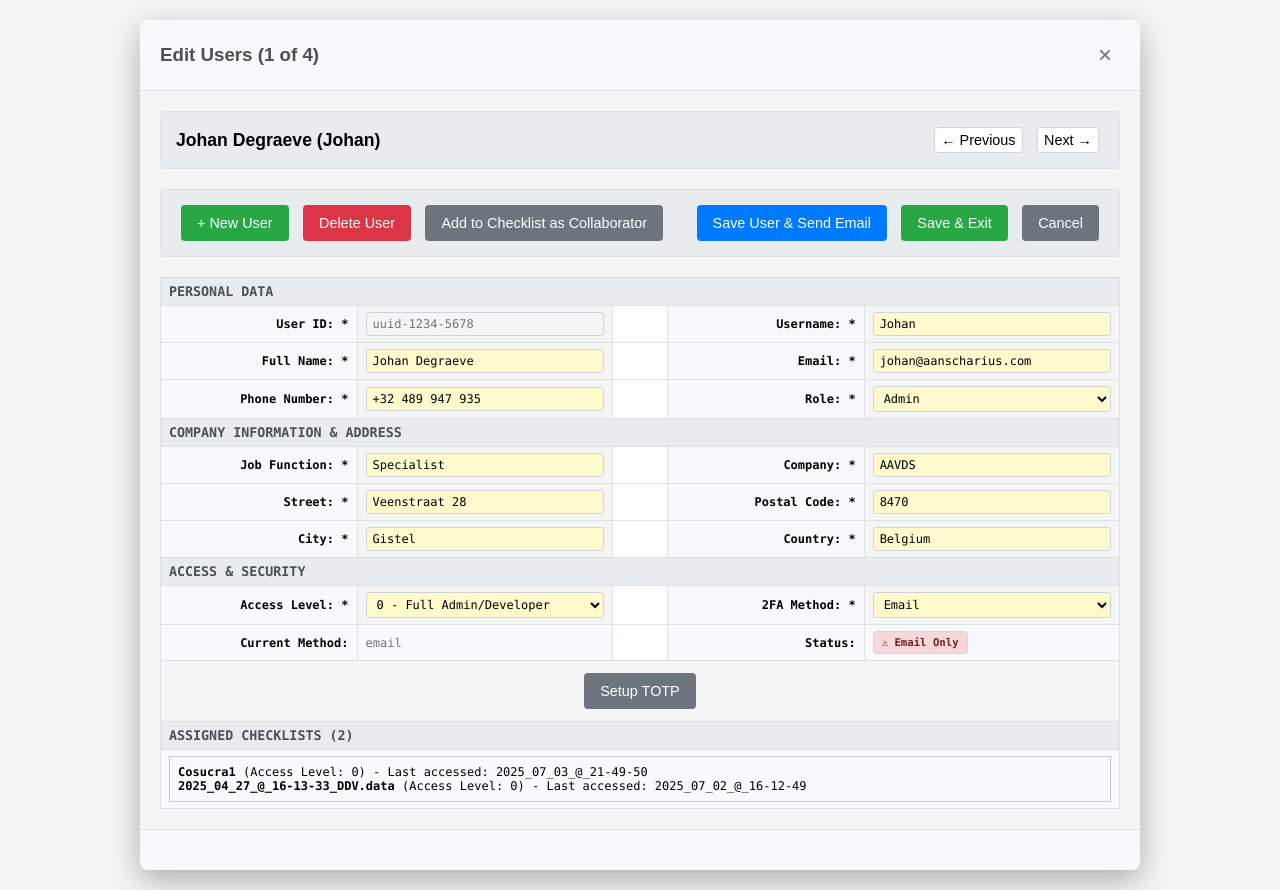
Repository: jeedee23/checklistrepo
Page: checklists/user-management-demo.html
The author's editor kept a copy of each file at every save. The page is drawn from the files as they stood at one save, then again after the next save.
The browser window is 1280 px wide. The pictures show the whole page.

Above is the page before, as saved 2025-07-04 14:17:01.

### checklists/user-management-demo.html
<!DOCTYPE html>
<html lang="en">
<head>
    <meta charset="UTF-8">
    <meta name="viewport" content="width=device-width, initial-scale=1.0">
    <title>User Management Demo</title>
    <style>
        body {
            font-family: Arial, sans-serif;
            margin: 20px;
            background: #f5f5f5;
        }

        .modal-dialog {
            background: white;
            border-radius: 8px;
            box-shadow: 0 10px 30px rgba(0,0,0,0.3);
            width: 1000px;
            margin: 0 auto;
            overflow: hidden;
            display: flex;
            flex-direction: column;
        }

        .modal-header {
            padding: 20px;
            border-bottom: 1px solid #dee2e6;
            display: flex;
            justify-content: space-between;
            align-items: center;
            background-color: #f8f9fa;
        }

        .modal-header h3 {
            margin: 0;
            color: #495057;
        }

        .close-button {
            background: none;
            border: none;
            font-size: 1.5rem;
            cursor: pointer;
            color: #6c757d;
            padding: 0;
            width: 30px;
            height: 30px;
            display: flex;
            align-items: center;
            justify-content: center;
        }

        .modal-body {
            padding: 20px;
            background: #f5f5f5;
        }

        .user-navigation {
            margin-bottom: 20px;
            padding: 15px;
            background: #e9ecef;
            border-radius: 4px;
            border: 1px solid #dee2e6;
            display: flex;
            justify-content: space-between;
            align-items: center;
        }

        .user-navigation span {
            font-weight: bold;
            font-size: 1.1em;
        }

        .user-navigation button {
            padding: 4px 6px;
            margin: 0 5px;
            border: 1px solid #ced4da;
            border-radius: 4px;
            background: white;
            cursor: pointer;
            font-size: 0.9rem;
        }

        .form-table {
            width: 100%;
            border-collapse: collapse;
            font-family: Consolas, monospace;
            font-size: 9pt;
        }

        .form-table td {
            padding: 6px 8px;
            vertical-align: middle;
            border: 1px solid #dee2e6;
        }

        .section-header {
            font-weight: bold;
            font-size: 10pt;
            background: #e9ecef;
            text-align: left;
            padding: 10px 12px;
            color: #495057;
            border: 1px solid #dee2e6;
            border-bottom: 2px solid #adb5bd;
        }

        .label {
            width: 150px;
            font-weight: bold;
            background: #f8f9fa;
            text-align: right;
            padding-right: 12px;
            white-space: nowrap;
        }

        .input {
            width: 200px;
            padding: 4px;

        }

        .input input,
        .input select {
            width: 100%;
            padding: 4px 6px;
            border: 1px solid #ced4da;
            border-radius: 3px;
            background: transparent;
            font-family: Consolas, monospace;
            font-size: 9pt;
            box-sizing: border-box;
             background: #FFFACD;
        }

        .input input[readonly] {
            background: transparent;
            color: #6c757d;
            cursor: not-allowed;
        }

        .input-readonly {
            width: 200px;
            padding: 4px 6px;
            background: #f8f9fa;
            color: #6c757d;
            font-family: Consolas, monospace;
            font-size: 9pt;
        }

        .spacer {
            width: 30px;
            background: white;
            border: 1px solid #dee2e6;
        }

        .checklist-cell {
            padding: 8px;
            background: #f8f9fa;
        }

        .checklist-display {
            max-height: 100px;
            overflow-y: auto;
            border: 1px solid #ccc;
            padding: 8px;
            background: #f8f9fa;
            font-family: Consolas, monospace;
            font-size: 9pt;
        }

        .status-badge {
            padding: 4px 8px;
            border-radius: 4px;
            font-size: 8pt;
            font-weight: 600;
            display: inline-block;
        }

        .status-badge.active {
            background: #d4edda;
            color: #155724;
            border: 1px solid #c3e6cb;
        }

        .status-badge.inactive {
            background: #f8d7da;
            color: #721c24;
            border: 1px solid #f5c6cb;
        }

        .modal-footer {
            padding: 20px;
            border-top: 1px solid #dee2e6;
            display: flex;
            justify-content: space-between;
            background-color: #f8f9fa;
        }

        .btn {
            padding: 10px 16px;
            border: none;
            border-radius: 4px;
            cursor: pointer;
            font-size: 0.9rem;
            margin: 0 5px;
        }

        .btn-primary { background-color: #007bff; color: white; }
        .btn-success { background-color: #28a745; color: white; }
        .btn-secondary { background-color: #6c757d; color: white; }
        .btn-danger { background-color: #dc3545; color: white; }
    </style>
</head>
<body>
    <div class="modal-dialog">
        <div class="modal-header">
            <h3>Edit Users (1 of 4)</h3>
            <button class="close-button">×</button>
        </div>

        <div class="modal-body">
            <div class="user-navigation">
                <span>Johan Degraeve (Johan)</span>
                <div>
                    <button>← Previous</button>
                    <button>Next →</button>
                </div>
            </div>

            <!-- Action buttons moved to top -->
            <div style="margin-bottom: 20px; padding: 15px; background: #e9ecef; border-radius: 4px; border: 1px solid #dee2e6; display: flex; justify-content: space-between; align-items: center;">
                <div>
                    <button class="btn btn-success">+ New User</button>
                    <button class="btn btn-danger">Delete User</button>
                    <button class="btn btn-secondary">Add to Checklist as Collaborator</button>
                </div>
                <div>
                    <button class="btn btn-primary">Save User & Send Email</button>
                    <button class="btn btn-success">Save & Exit</button>
                    <button class="btn btn-secondary">Cancel</button>
                </div>
            </div>

            <table class="form-table">
                <!-- PERSONAL DATA Section -->
                <tr>
                    <td colspan="5" class="section-header">PERSONAL DATA</td>
                </tr>
                <tr>
                    <td class="label">User ID: *</td>
                    <td class="input"><input type="text" value="uuid-1234-5678" readonly></td>
                    <td class="spacer">&nbsp;</td>
                    <td class="label">Username: *</td>
                    <td class="input"><input type="text" value="Johan"></td>
                </tr>
                <tr>
                    <td class="label">Full Name: *</td>
                    <td class="input"><input type="text" value="Johan Degraeve"></td>
                    <td class="spacer">&nbsp;</td>
                    <td class="label">Email: *</td>
                    <td class="input"><input type="email" value="johan@aanscharius.com"></td>
                </tr>
                <tr>
                    <td class="label">Phone Number: *</td>
                    <td class="input"><input type="tel" value="+32 489 947 935"></td>
                    <td class="spacer">&nbsp;</td>
                    <td class="label">Role: *</td>
                    <td class="input">
                        <select>
                            <option>User</option>
                            <option selected>Admin</option>
                        </select>
                    </td>
                </tr>

                <!-- COMPANY INFORMATION & ADDRESS Section -->
                <tr>
                    <td colspan="5" class="section-header">COMPANY INFORMATION & ADDRESS</td>
                </tr>
                <tr>
                    <td class="label">Job Function: *</td>
                    <td class="input"><input type="text" value="Specialist"></td>
                    <td class="spacer">&nbsp;</td>
                    <td class="label">Company: *</td>
                    <td class="input"><input type="text" value="AAVDS"></td>
                </tr>
                <tr>
                    <td class="label">Street: *</td>
                    <td class="input"><input type="text" value="Veenstraat 28"></td>
                    <td class="spacer">&nbsp;</td>
                    <td class="label">Postal Code: *</td>
                    <td class="input"><input type="text" value="8470"></td>
                </tr>
                <tr>
                    <td class="label">City: *</td>
                    <td class="input"><input type="text" value="Gistel"></td>
                    <td class="spacer">&nbsp;</td>
                    <td class="label">Country: *</td>
                    <td class="input"><input type="text" value="Belgium"></td>
                </tr>

                <!-- ACCESS & SECURITY (with 2FA) Section -->
                <tr>
                    <td colspan="5" class="section-header">ACCESS & SECURITY</td>
                </tr>
                <tr>
                    <td class="label">Access Level: *</td>
                    <td class="input">
                        <select>
                            <option selected>0 - Full Admin/Developer</option>
                            <option>1 - Full Admin/User Management</option>
                            <option>2 - Admin (no field/user mgmt)</option>
                        </select>
                    </td>
                    <td class="spacer">&nbsp;</td>
                    <td class="label">2FA Method: *</td>
                    <td class="input">
                        <select>
                            <option selected>Email</option>
                            <option>TOTP (Authenticator App)</option>
                            <option>None</option>
                        </select>
                    </td>
                </tr>
                <tr>
                    <td class="label">Current Method:</td>
                    <td class="input-readonly">email</td>
                    <td class="spacer">&nbsp;</td>
                    <td class="label">Status:</td>
                    <td class="input-readonly">
                        <span class="status-badge inactive">⚠ Email Only</span>
                    </td>
                </tr>
                <tr>
                    <td colspan="5" style="text-align: center; padding: 12px; border: 1px solid #dee2e6;">
                        <button class="btn btn-secondary">Setup TOTP</button>
                    </td>
                </tr>

                <!-- ASSIGNED CHECKLISTS Section -->
                <tr>
                    <td colspan="5" class="section-header">ASSIGNED CHECKLISTS (2)</td>
                </tr>
                <tr>
                    <td colspan="5" class="checklist-cell">
                        <div class="checklist-display">
                            <div><strong>Cosucra1</strong> (Access Level: 0) - Last accessed: 2025_07_03_@_21-49-50</div>
                            <div><strong>2025_04_27_@_16-13-33_DDV.data</strong> (Access Level: 0) - Last accessed: 2025_07_02_@_16-12-49</div>
                        </div>
                    </td>
                </tr>
            </table>
        </div>

        <div class="modal-footer">
            <!-- Footer kept minimal or can be removed since buttons are now at top -->
        </div>
    </div>
</body>
</html>

After the next save:
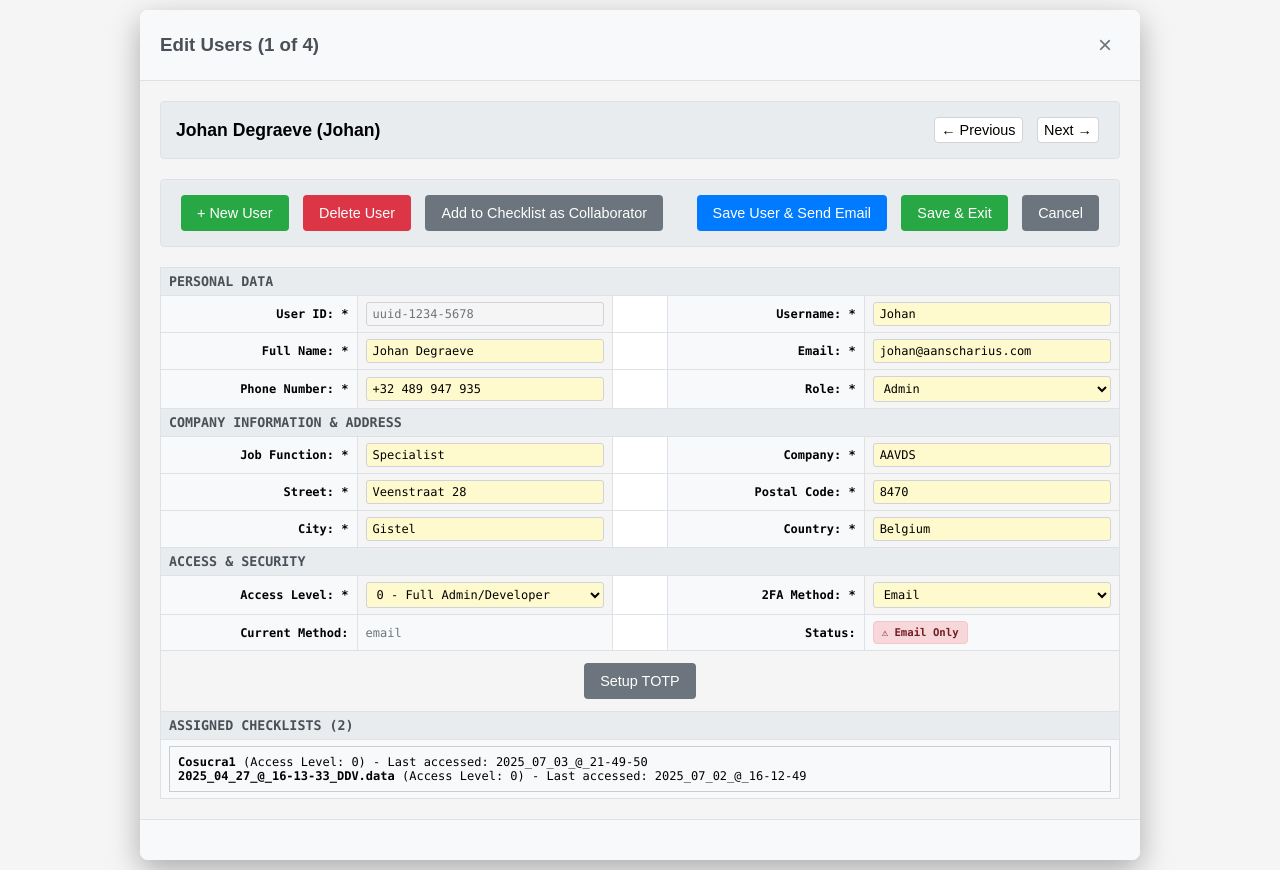
Saved 36 s later.
--- a/checklists/user-management-demo.html
+++ b/checklists/user-management-demo.html
@@ -7,7 +7,7 @@
     <style>
         body {
             font-family: Arial, sans-serif;
-            margin: 20px;
+            margin: 10px;
             background: #f5f5f5;
         }
 
